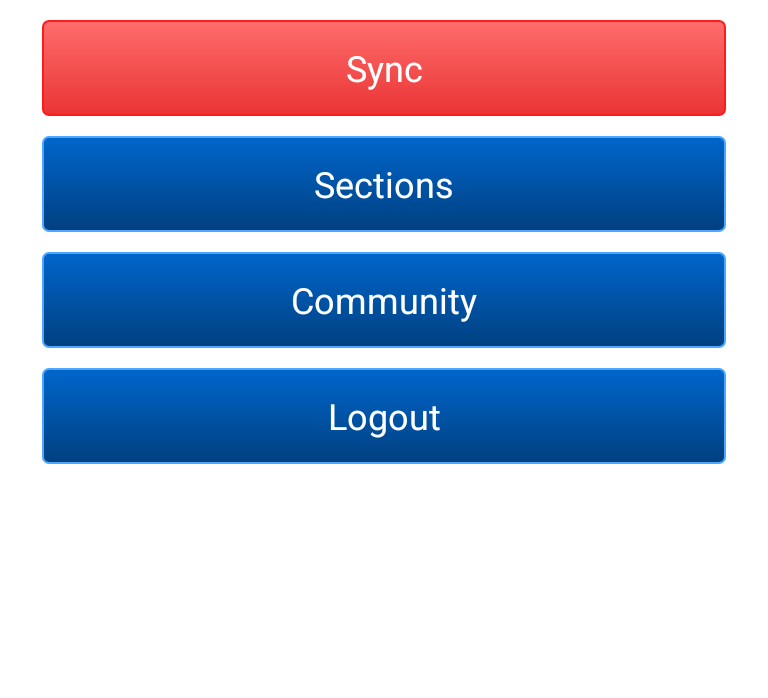
Repository: prabushitha/hydrosaver
Layout: hydrosaver/res/layout/activity_home.xml
An editor plug-in stored every save of this project. The layout is shown before and after the next save, followed by the edit.
The pictures show rows 582 to 1280 of an output 1280 px tall.
It is drawn on a 768 x 1280 px phone screen (xhdpi) without system bars, with theme AppTheme; the app's code is not run.

Above is the layout before, as saved 2016-10-08 07:48:40.

After the next save:
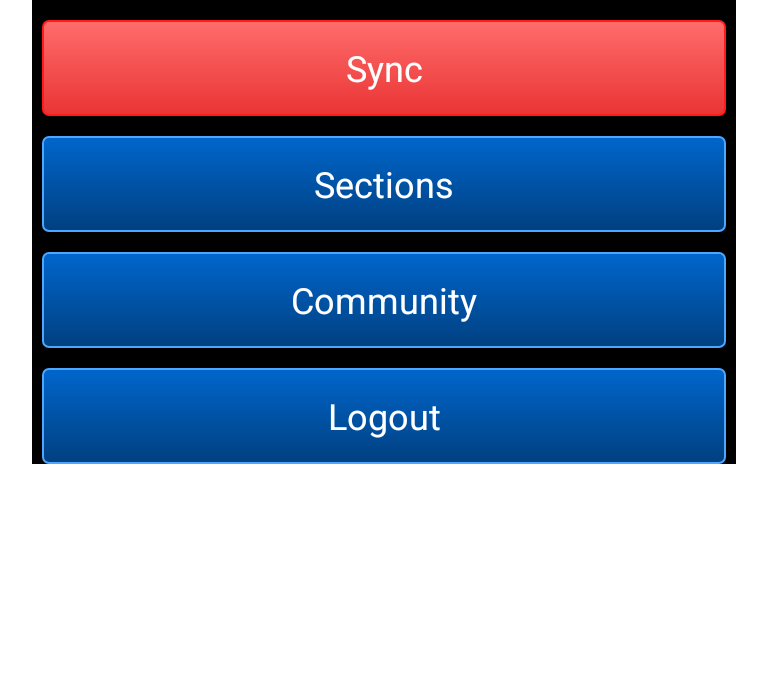
Saved 34 s later.
--- a/hydrosaver/res/layout/activity_home.xml
+++ b/hydrosaver/res/layout/activity_home.xml
@@ -16,7 +16,7 @@
 		    android:layout_width="fill_parent"
 		    android:layout_height="fill_parent"
 		    android:stretchColumns="*"
-		    android:background="black">
+		    android:background="#000000">
 		     <TableRow
 	            android:id="@+id/tableRow2"
 	            android:layout_width="wrap_content"

After the save that followed:
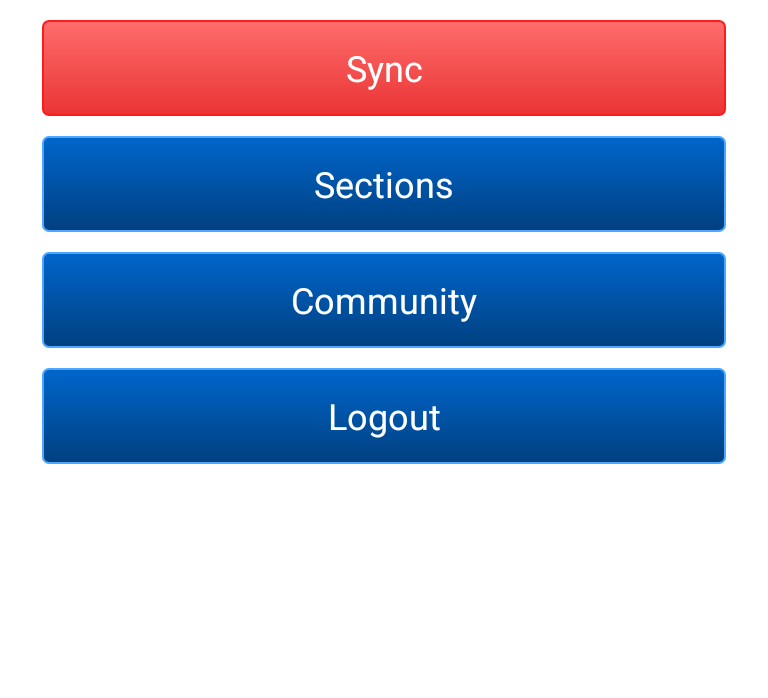
Saved 30 s later.
--- a/hydrosaver/res/layout/activity_home.xml
+++ b/hydrosaver/res/layout/activity_home.xml
@@ -15,8 +15,7 @@
 	    <TableLayout
 		    android:layout_width="fill_parent"
 		    android:layout_height="fill_parent"
-		    android:stretchColumns="*"
-		    android:background="#000000">
+		    android:stretchColumns="*">
 		     <TableRow
 	            android:id="@+id/tableRow2"
 	            android:layout_width="wrap_content"
